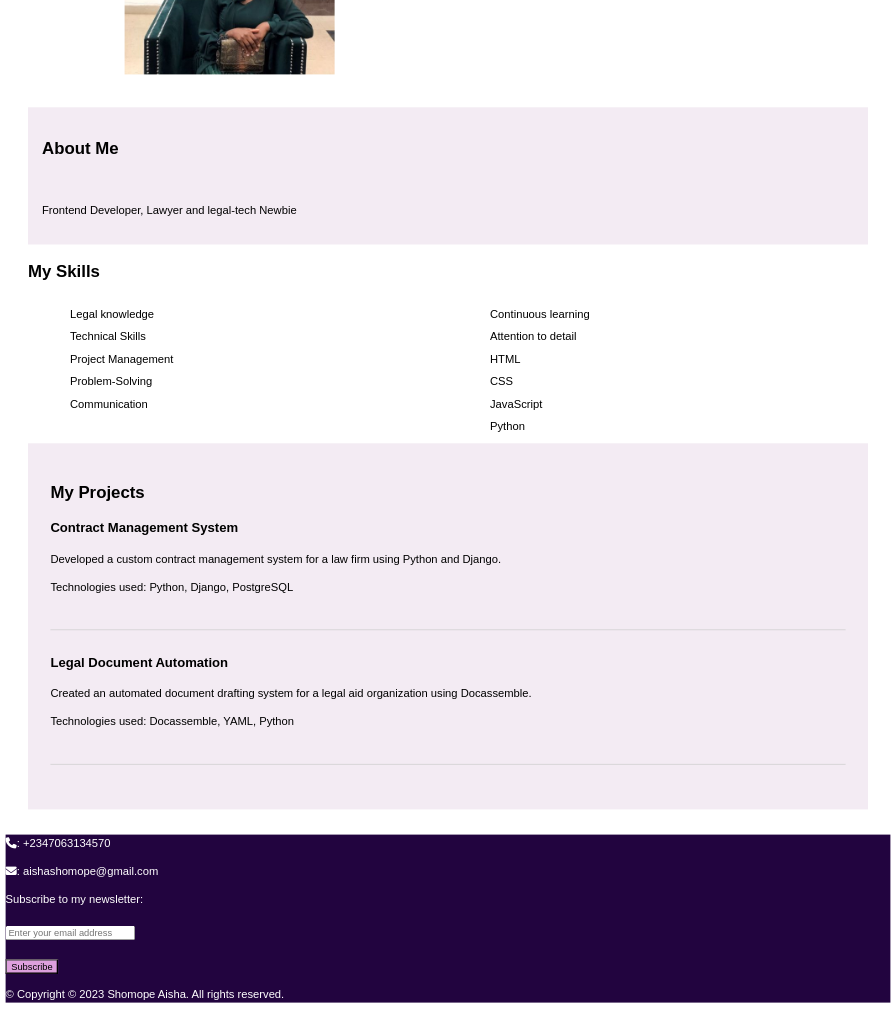
Repository: Iyewande/AishasPortfolio
Page: Index.html
An editor plug-in stored every save of this project. The page is shown before and after the next save, followed by the edit.
The browser window is 1280 px wide. The pictures show the part of the page from y = 315 to 2235 px (the page is 1764 px tall before and 8385 px after), at 70% of full size.
Some web libraries are served in a nearby version.

Above is the page before, as saved 2023-05-04 22:40:58.

After the next save:
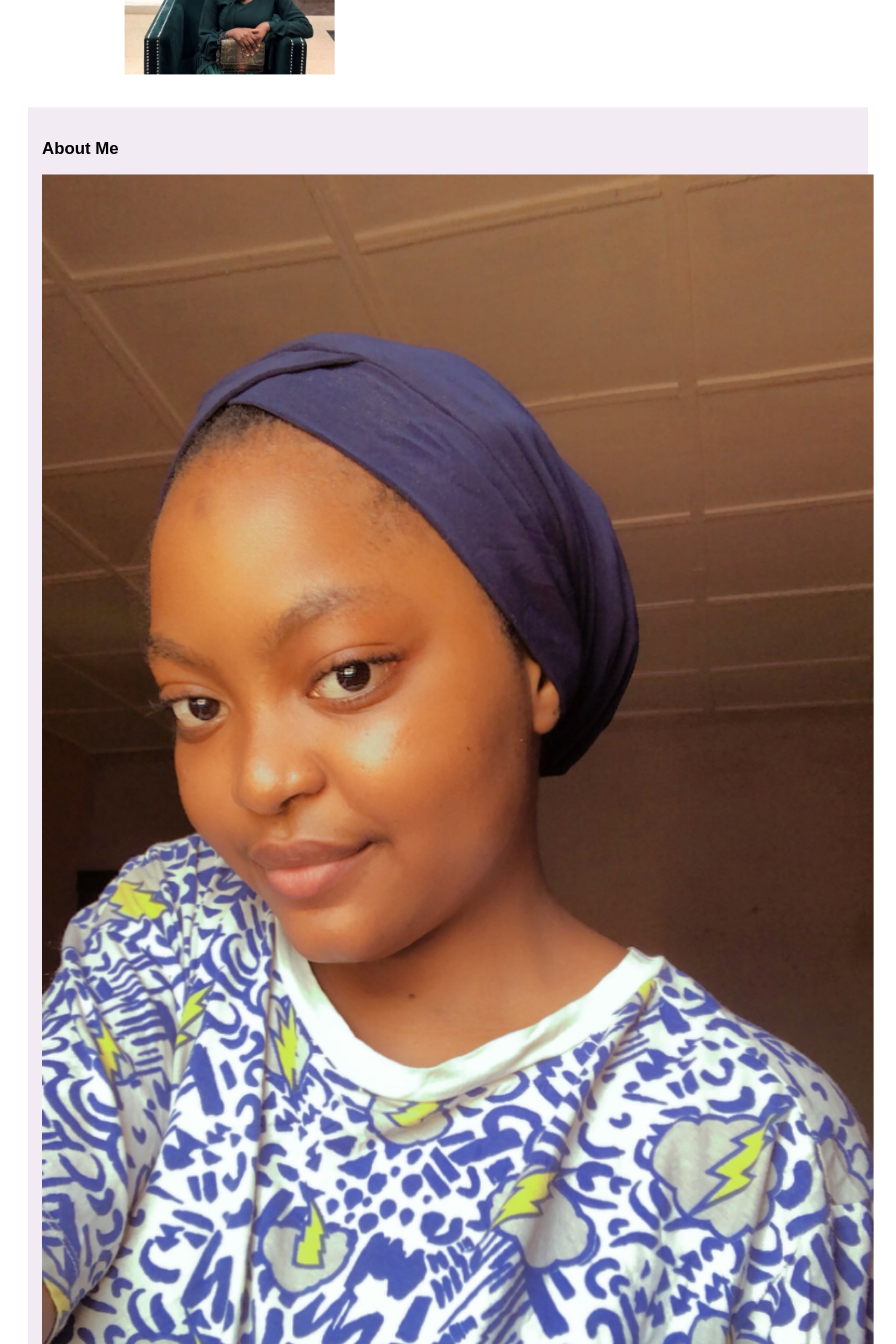
Saved 2 min 8 s later.
--- a/Index.html
+++ b/Index.html
@@ -44,7 +44,9 @@
                     <h2>About Me</h2>
                 </div>
                 <div>
-                    <img src="" alt="">
+                    <img src="IMG_0573.JPG" alt="My picture">
+                    <img src="IMG_2036.JPG" alt="My picture">
+                    <img src="IMG_2049.JPG" alt="My picture">
                 </div>
                 <div id="paragraph">
                     <p>
